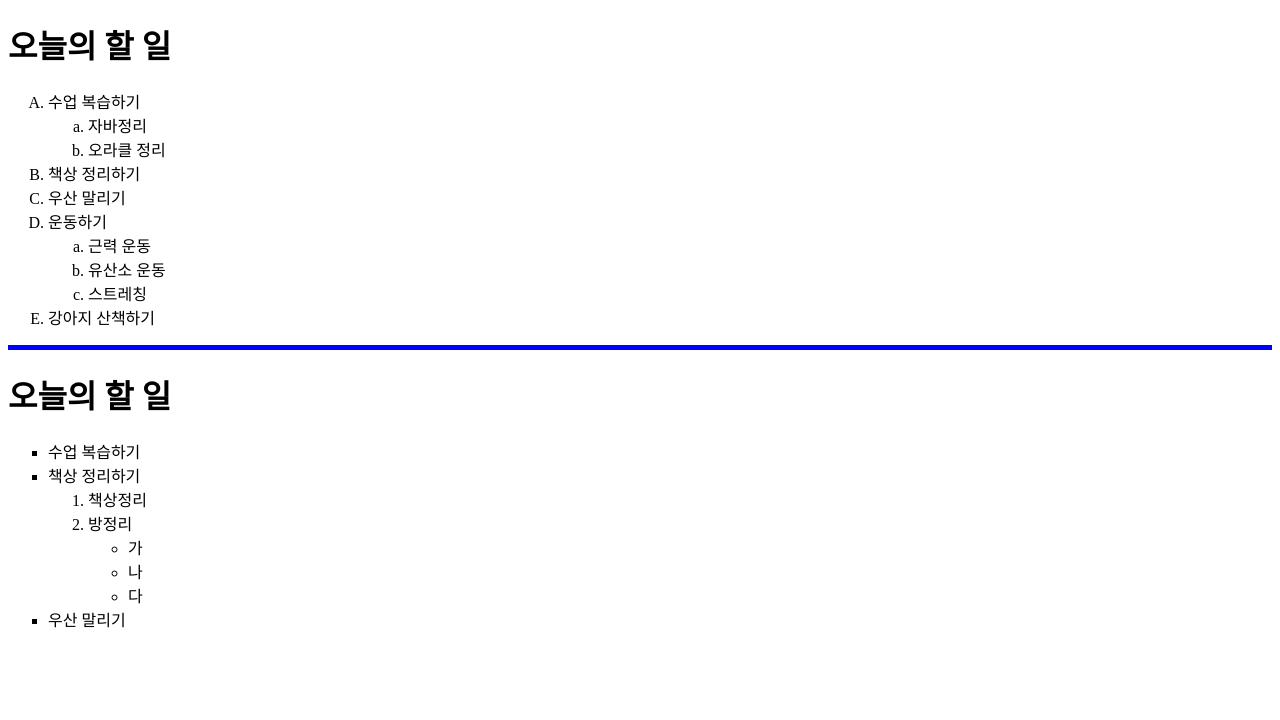
Repository: hb6700/client
Page: ClientTest/src/main/webapp/html/ex10_list.html
These files come from the project's save history. The page is drawn as it stood at one moment and after the next save; the edit follows.
The browser window is 1280 px wide. The pictures show the whole page.

Above is the page before, as saved 2023-09-20 02:17:38.

After the next save:
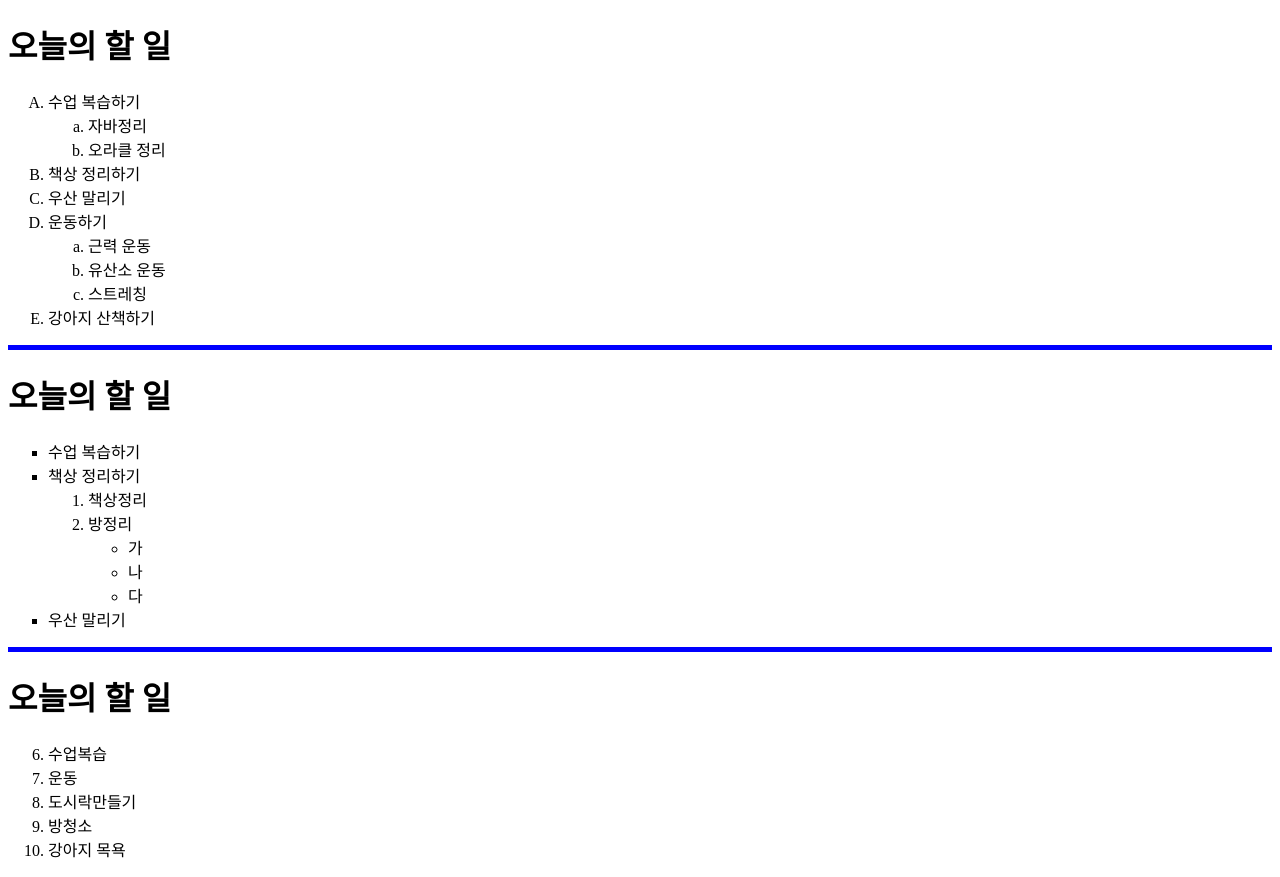
Saved 92 s later.
--- a/ClientTest/src/main/webapp/html/ex10_list.html
+++ b/ClientTest/src/main/webapp/html/ex10_list.html
@@ -43,6 +43,7 @@
 		</ol>
 
 		<hr size="5" color="blue">
+
 		<!-- 블릿(bullet) -->
 		<h1>오늘의 할 일</h1>
 		<ul type="square">
@@ -63,5 +64,17 @@
 			</li>
 			<li>우산 말리기</li>
 		</ul>
+
+		<hr size="5" color="blue">
+
+		<h1>오늘의 할 일</h1>
+		<!-- <ol reversed> -->
+		<ol start="6">
+			<li>수업복습</li>
+			<li>운동</li>
+			<li>도시락만들기</li>
+			<li>방청소</li>
+			<li>강아지 목욕</li>
+		</ol>
 	</body>
 </html>
